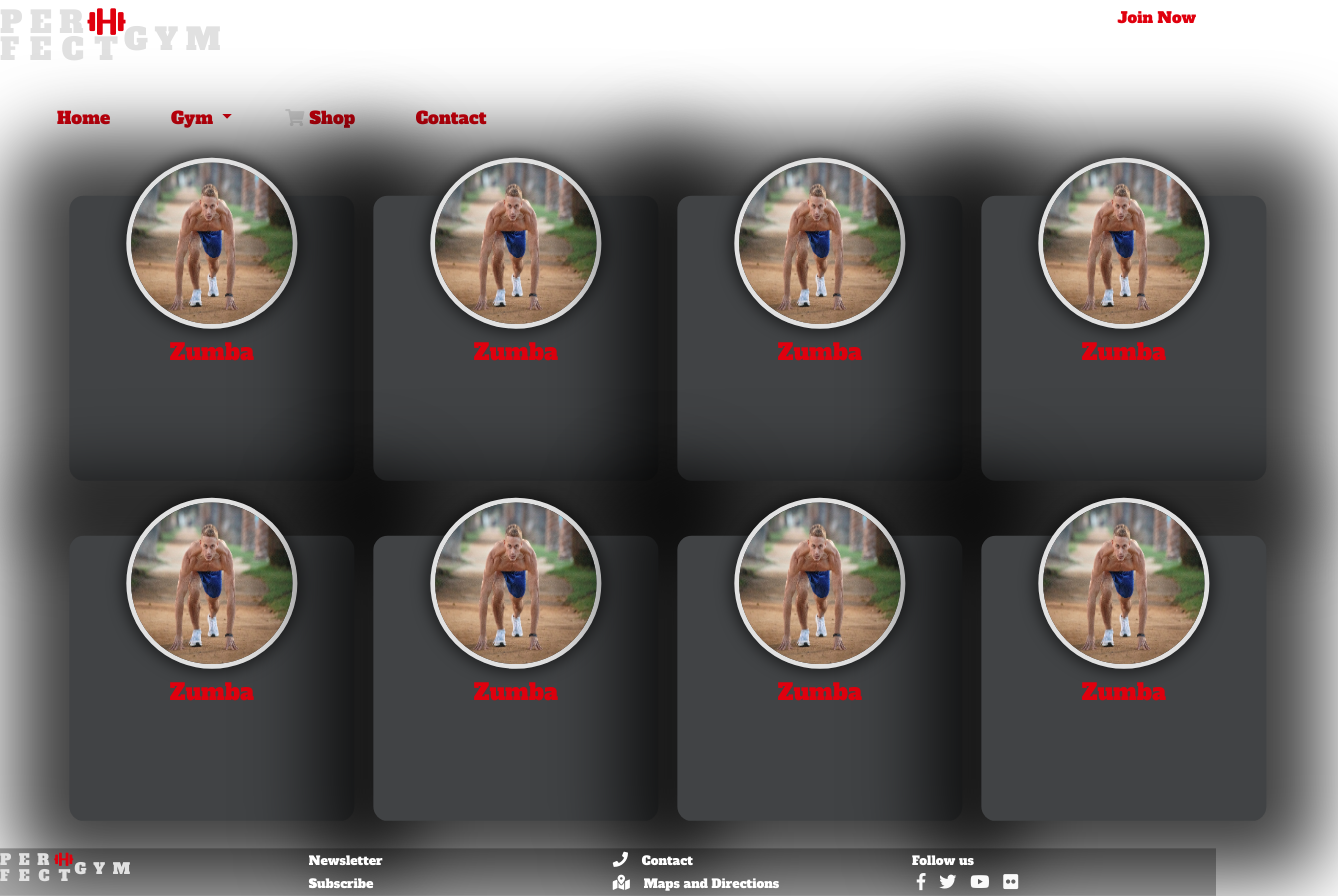
Repository: meghdadyazdi/UCFD-Milestone
Page: activities.html
The author's editor kept a record of every edit. The page is drawn from the files as they stood at one moment, then again after the next edit.
The browser window is 1280 px wide. The page is 1408 px wide, so the pictures cover 1408 px, including what lies to the right of the window. The pictures show the whole page, at 95% of full size.
Some web libraries are served in a nearby version.

Above is the page before.

### activities.html
<!DOCTYPE html>
<html lang="en">

<head>
    <meta charset="UTF-8">
    <meta name="viewport" content="width=device-width, initial-scale=1.0">
    <meta http-equiv="X-UA-Compatible" content="ie=edge">
    <link rel="stylesheet" href="https://stackpath.bootstrapcdn.com/bootstrap/4.3.1/css/bootstrap.min.css" type="text/css" />
    <link rel="stylesheet" href="https://stackpath.bootstrapcdn.com/bootstrap/4.3.1/css/bootstrap.min.css">
    <link rel="stylesheet" href="https://use.fontawesome.com/releases/v5.6.1/css/all.css" integrity="sha384-gfdkjb5BdAXd+lj+gudLWI+BXq4IuLW5IT+brZEZsLFm++aCMlF1V92rMkPaX4PP" crossorigin="anonymous">
    <link href="https://fonts.googleapis.com/css?family=Alfa+Slab+One&display=swap" rel="stylesheet">
    <link rel="stylesheet" href="https://cdnjs.cloudflare.com/ajax/libs/hover.css/2.3.1/css/hover-min.css" type="text/css" />
    <link rel="stylesheet" href="style.css" type="text/css" />
    <title>Perfect Gym</title>
</head>

<body class="activities-body">



    <!--Header-->
    <header>
        <div class="row container-fluid container-top m-0 p-0">
            <div class="col-6 m-0 p-0">
                <div class="mylogo-big uppercase">
                    <div id="per_in_logo-big">per</div>
                    <div id="fect_in_logo-big">fect</div>
                    <div id="dumbbell-big"><i class="fas fa-dumbbell"></i></div>
                    <div id="gym_in_logo-big">gym</div>
                </div>
            </div>
            <div class="col-6">
                <a href="/login" class="btn btn--cta btn--red" data-toggle="modal" data-target="#join-us-modal">Join Now</a>
            </div>
        </div>
    </header>
    <!--/Header-->


    <!--Navbar-->
    <nav class="navbar navbar-light navbar-expand-sm">

        <button class="navbar-toggler ml-auto" type="button" data-toggle="collapse" data-target="#navbarNavDropdown" aria-controls="navbarNavDropdown" aria-expanded="false" aria-label="Toggle navigation">
                    <span class="navbar-toggler-icon"></span>
            </button>

        <div class="collapse navbar-collapse" id="navbarNavDropdown">
            <ul class="navbar-nav mr-auto">
                <li class="nav-item mr-2"><a href="/" class="nav-link">Home</a></li>

                <li class="nav-item dropdown">
                    <a class="nav-link dropdown-toggle" href="#" id="navbarDropdownMenuLink" role="button" data-toggle="dropdown" aria-haspopup="true" aria-expanded="false">Gym
                </a>
                    <div class="dropdown-menu" aria-labelledby="navbarDropdownMenuLink">
                        <a class="dropdown-item" href="trainers.html">Our trainers</a>
                        <a class="dropdown-item" href="activities.html">Activities</a>
                    </div>
                </li>
                <li class=" nav-item mr-2"><a href="/About" class="nav-link"><span><i class="fas fa-shopping-cart shop-icon"></i></span> Shop</a></li>
                <li class=" nav-item mr-2 "><a href="/About" class="nav-link">Contact</a></li>
            </ul>
        </div>


    </nav>
    <!--/Navbar-->


<section>
    <div class="row m-0 p-0">
        <div class="col-6 col-md-4 col-lg-3 box-activity">
            <div class="box">
                    <img src="images/trainer1.jpg" class="trainer"></img>
                    <h2>Zumba</h2>
                    <!--<p class="">-->
                    <!--    Jim is specialist in aerobic exercise. He is an expert in running and cardiovascular exercise (exercises for the heart and blood system)-->
                    <!--</p>-->
                    <!--<a href="#" class="btn p-0 m-0" data-toggle="modal" data-target="#join-us-modal">Contact him</a>-->
                </div>
        </div>
        <div class="col-6 col-md-4 col-lg-3">
            <div class="box">
                    <img src="images/trainer1.jpg" class="trainer"></img>
                    <h2>Zumba</h2>
                    <!--<p class="">-->
                    <!--    Jim is specialist in aerobic exercise. He is an expert in running and cardiovascular exercise (exercises for the heart and blood system)-->
                    <!--</p>-->
                    <!--<a href="#" class="btn p-0 m-0" data-toggle="modal" data-target="#join-us-modal">Contact him</a>-->
                </div>
        </div>
        <div class="col-6 col-md-4 col-lg-3">
            <div class="box">
                    <img src="images/trainer1.jpg" class="trainer"></img>
                    <h2>Zumba</h2>
                    <!--<p class="">-->
                    <!--    Jim is specialist in aerobic exercise. He is an expert in running and cardiovascular exercise (exercises for the heart and blood system)-->
                    <!--</p>-->
                    <!--<a href="#" class="btn p-0 m-0" data-toggle="modal" data-target="#join-us-modal">Contact him</a>-->
                </div>
        </div>
        <div class="col-6 col-md-4 col-lg-3">
            <div class="box">
                    <img src="images/trainer1.jpg" class="trainer"></img>
                    <h2>Zumba</h2>
                    <!--<p class="">-->
                    <!--    Jim is specialist in aerobic exercise. He is an expert in running and cardiovascular exercise (exercises for the heart and blood system)-->
                    <!--</p>-->
                    <!--<a href="#" class="btn p-0 m-0" data-toggle="modal" data-target="#join-us-modal">Contact him</a>-->
                </div>
        </div>
        <div class="col-6 col-md-4 col-lg-3">
            <div class="box">
                    <img src="images/trainer1.jpg" class="trainer"></img>
                    <h2>Zumba</h2>
                    <!--<p class="">-->
                    <!--    Jim is specialist in aerobic exercise. He is an expert in running and cardiovascular exercise (exercises for the heart and blood system)-->
                    <!--</p>-->
                    <!--<a href="#" class="btn p-0 m-0" data-toggle="modal" data-target="#join-us-modal">Contact him</a>-->
                </div>
        </div>
        <div class="col-6 col-md-4 col-lg-3">
            <div class="box">
                    <img src="images/trainer1.jpg" class="trainer"></img>
                    <h2>Zumba</h2>
                    <!--<p class="">-->
                    <!--    Jim is specialist in aerobic exercise. He is an expert in running and cardiovascular exercise (exercises for the heart and blood system)-->
                    <!--</p>-->
                    <!--<a href="#" class="btn p-0 m-0" data-toggle="modal" data-target="#join-us-modal">Contact him</a>-->
                </div>
        </div>
        <div class="col-6 col-md-4 col-lg-3">
            <div class="box">
                    <img src="images/trainer1.jpg" class="trainer"></img>
                    <h2>Zumba</h2>
                    <!--<p class="">-->
                    <!--    Jim is specialist in aerobic exercise. He is an expert in running and cardiovascular exercise (exercises for the heart and blood system)-->
                    <!--</p>-->
                    <!--<a href="#" class="btn p-0 m-0" data-toggle="modal" data-target="#join-us-modal">Contact him</a>-->
                </div>
        </div>
        <div class="col-6 col-md-4 col-lg-3">
            <div class="box">
                    <img src="images/trainer1.jpg" class="trainer"></img>
                    <h2>Zumba</h2>
                    <!--<p class="">-->
                    <!--    Jim is specialist in aerobic exercise. He is an expert in running and cardiovascular exercise (exercises for the heart and blood system)-->
                    <!--</p>-->
                    <!--<a href="#" class="btn p-0 m-0" data-toggle="modal" data-target="#join-us-modal">Contact him</a>-->
                </div>
        </div>
    </div>
</section>



    <!--Footer-->
    <footer class="container-fluid container-footer m-0 p-0">



        <div id="footer-details" class="row container-fluid m-0 p-0">
            <div class="col-12 col-sm-3 p-0 m-0">
                <!--logo-->
                <div class="mylogo uppercase">
                    <div id="per_in_logo">per</div>
                    <div id="fect_in_logo">fect</div>
                    <div id="dumbbell"><i class="fas fa-dumbbell"></i></div>
                    <div id="gym_in_logo">gym</div>
                </div>
                <!--/logo-->
            </div>
            <div class="col-sm-3">
                <div class="row">
                    <div class="col-12 footer-items">
                        <a href="#" class="footer-font">
                            Newsletter
                        </a>
                    </div>
                    <div class="col-12 footer-items">
                        <a class="footer-font" href="#">
                            Subscribe
                        </a>
                    </div>
                </div>
            </div>
            <div class="col-sm-6 col-md-3">
                <div class="row">
                    <div class="col-12 footer-items">
                        <a href="#" target="_blank">
                            <i id="phone" class="fas fa-phone"></i>
                            <span class="sr-only">phone</span>
                        </a>
                        <a class="footer-font" href="#">Contact</a>
                    </div>

                    <div class="col-12 footer-items">
                        <a href="https://www.google.com/maps/place/Corvo+Island/@39.6981037,-31.1405764,13z/data=!3m1!4b1!4m5!3m4!1s0xb3247959c9c6983:0x59be196c967d2206!8m2!3d39.7023111!4d-31.1080244" target="_blank">
                            <i id="map" class="fas fa-map-marked-alt"></i>
                            <span class="sr-only">Map</span>
                        </a>
                        <a class="footer-font" href="https://www.google.com/maps/place/Corvo+Island/@39.6981037,-31.1405764,13z/data=!3m1!4b1!4m5!3m4!1s0xb3247959c9c6983:0x59be196c967d2206!8m2!3d39.7023111!4d-31.1080244" target="_blank">Maps and Directions
                        </a>
                    </div>
                </div>
            </div>
            <div class="col-sm-6 col-md-3 footer-items">
                <p class="footer-font d-inlineblock m-0 p-0">Follow us</p>
                <ul class="list-inline social-link">
                    <li class="list-inline-item">
                        <a href="#" target="_blank">
                            <i class="fab fa-facebook-f" aria-hidden="true"></i>
                            <span class="sr-only">Facebook</span>
                        </a>
                    </li>
                    <li class="list-inline-item">
                        <a href="#" target="_blank">
                            <i class="fab fa-twitter" aria-hidden="true"></i>
                            <span class="sr-only">Twitter</span>
                        </a>
                    </li>
                    <li class="list-inline-item">
                        <a href="#" target="_blank">
                            <i class="fab fa-youtube" aria-hidden="true"></i>
                            <span class="sr-only">YouTube</span>
                        </a>
                    </li>
                    <li class="list-inline-item">
                        <a href="#" target="_blank">
                            <i class="fab fa-flickr" aria-hidden="true"></i>
                            <span class="sr-only">flicker</span>
                        </a>
                    </li>
                </ul>
            </div>
        </div>
    </footer>
    <!--/Footer-->



    <!--Form for join as Modal-->
    <div class="modal" tabindex="-1" role="dialog" id="join-us-modal">
        <div class="modal-dialog" role="document">
            <div class="modal-content">
                <div class="modal-header font-form-title">
                    <h5 class="modal-title">Join us for free consulting</h5>
                    <button type="button" class="close" data-dismiss="modal" aria-label="Close">
                            <span aria-hidden="true">&times;</span>
                            </button>
                </div>
                <div class="modal-body">
                    <form>
                        <div class="form-group">
                            <label class="font-form-item" for="firstname">First Name</label>
                            <input type="text" class="form-control" id="firstname" placeholder="Enter your firstname">
                        </div>
                        <div class="form-group">
                            <label class="font-form-item" for="lastname">Last Name</label>
                            <input type="text" class="form-control" id="lastname" placeholder="Enter your lastname">
                        </div>
                        <div class="form-group">
                            <label class="font-form-item" for="exampleInputEmail1">Email address</label>
                            <input type="email" class="form-control" id="exampleInputEmail1" aria-describedby="emailHelp" placeholder="Enter email">
                        </div>
                        <div class="form-group">
                            <label class="font-form-item" for="password">Password</label>
                            <input type="password" class="form-control" id="password" placeholder="Password">
                        </div>
                        <div class="form-group">
                            <label class="font-form-item" for="repeatpassword">Password</label>
                            <input type="password" class="form-control" id="repeatpassword" placeholder="Repeat Password">
                        </div>
                        <div class="form-group">
                            <label class="font-form-item" for="age">Your age</label>
                            <input type="number" class="form-control" id="age" placeholder="Age" min="7" max="85">
                        </div>
                        <div class="form-group">
                            <label class="font-form-item" for="age">Gender</label>
                            <br>
                            <input class="font-form-item" type="radio" name="gender" value="male" checked> Male<br>
                            <input class="font-form-item" type="radio" name="gender" value="female"> Female<br>
                            <input class="font-form-item" type="radio" name="gender" value="other"> Other<br><br>
                        </div>
                        <button type="submit" class="btn btn-success">Submit</button>
                    </form>
                </div>
            </div>
        </div>
    </div>
    <!--/Form for join as Modal-->




    <script src="https://code.jquery.com/jquery-3.3.1.slim.min.js" integrity="sha384-q8i/X+965DzO0rT7abK41JStQIAqVgRVzpbzo5smXKp4YfRvH+8abtTE1Pi6jizo" crossorigin="anonymous"></script>
    <script src="https://cdnjs.cloudflare.com/ajax/libs/popper.js/1.14.3/umd/popper.min.js" integrity="sha384-ZMP7rVo3mIykV+2+9J3UJ46jBk0WLaUAdn689aCwoqbBJiSnjAK/l8WvCWPIPm49" crossorigin="anonymous"></script>
    <script src="https://stackpath.bootstrapcdn.com/bootstrap/4.1.3/js/bootstrap.min.js" integrity="sha384-ChfqqxuZUCnJSK3+MXmPNIyE6ZbWh2IMqE241rYiqJxyMiZ6OW/JmZQ5stwEULTy" crossorigin="anonymous"></script>


</body>

</html>

Loaded but not shown: style.css (568 lines, source omitted)

After the next edit:
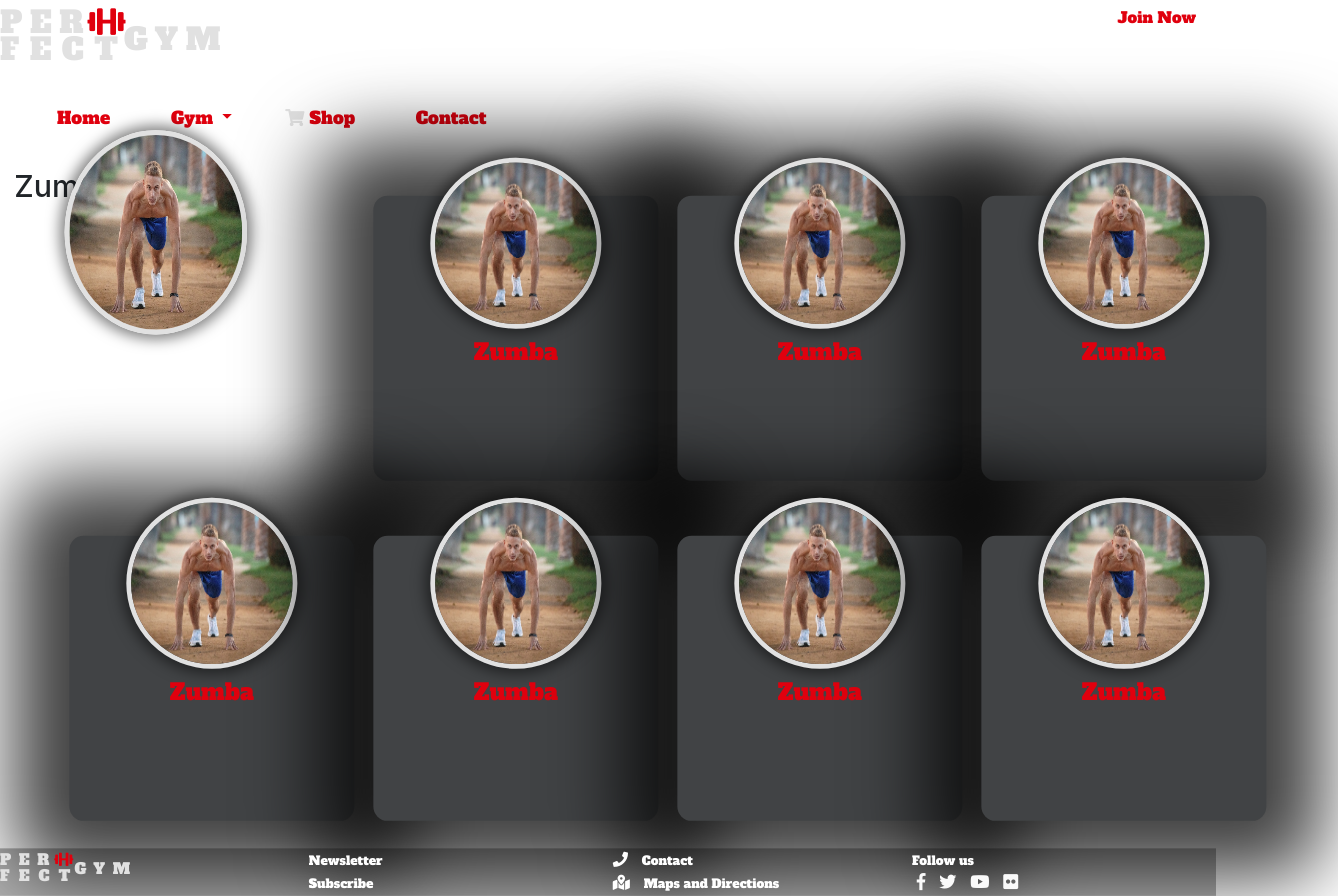
The edit:
--- a/activities.html
+++ b/activities.html
@@ -68,8 +68,8 @@
 
 <section>
     <div class="row m-0 p-0">
-        <div class="col-6 col-md-4 col-lg-3 box-activity">
-            <div class="box">
+        <div class="col-6 col-md-4 col-lg-3">
+            <div class="box-activity">
                     <img src="images/trainer1.jpg" class="trainer"></img>
                     <h2>Zumba</h2>
                     <!--<p class="">-->
